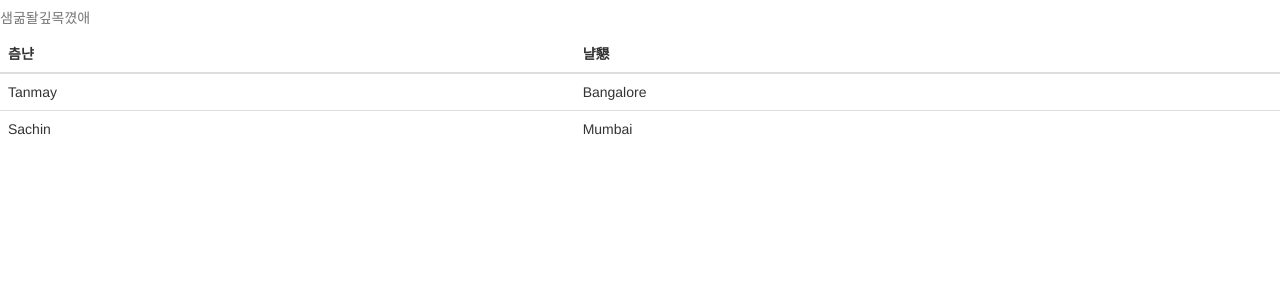
Repository: BensonXiong/DeviceManagement
Page: DeviceManagement/templates/Dmanage/bootstrape.html
These files come from the project's save history. The page is drawn as it stood at one moment and after the next save; the edit follows.
The browser window is 1280 px wide. The pictures show the whole page.
Some web libraries are served in a nearby version.

Above is the page before, as saved 2015-12-27 08:21:16.

After the next save:
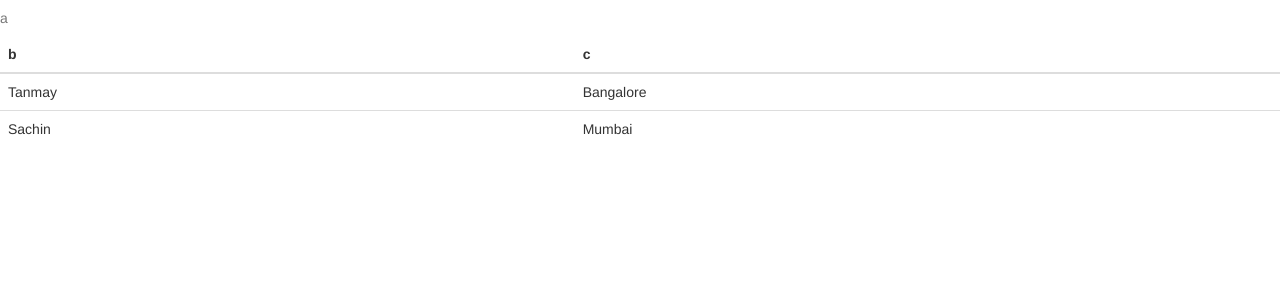
Saved 36 s later.
--- a/DeviceManagement/templates/Dmanage/bootstrape.html
+++ b/DeviceManagement/templates/Dmanage/bootstrape.html
@@ -8,11 +8,11 @@
 <body>
 
 <table class="table">
-   <caption>샘굶돨깊목꼈애</caption>
+   <caption>a</caption>
    <thead>
       <tr>
-         <th>츰냔</th>
-         <th>냘懇</th>
+         <th>b</th>
+         <th>c</th>
       </tr>
    </thead>
    <tbody>
